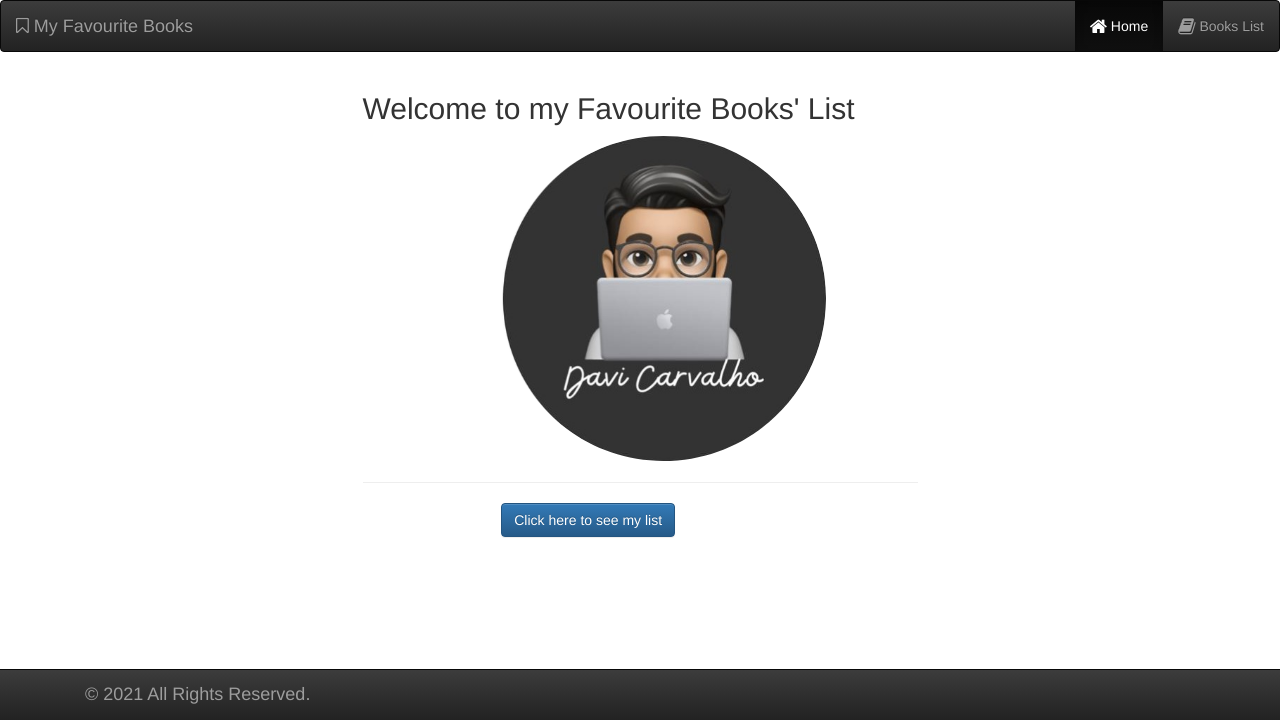
Repository: daviccarvalho/COMP229-M2021-Midterm-301154671
Page: http://localhost/
The author's editor kept a copy of each file at every save. The page is drawn from the files as they stood at one save, then again after the next save.
The browser window is 1280 px wide. The pictures show the whole page.
The page is served by the project's Node server (server.js). Other server files are loaded and not shown.

Above is the page before, as saved 2021-06-22 19:07:41.

### server/views/content/index.ejs
<!--
Web App Name: Favourite Book List
Student Name: Davi Cavalcante de Carvalho
Student id# 301154671
June 22, 2021
-->
<%- include('../partials/header.ejs'); %>

    <!-- MAIN CONTENT -->
    <div class="container">
      <div class="row">
        <div class="col-md-offset-3 col-md-6">
          <h2>Welcome to my Favourite Books' List</h2>
        <img src="../../Assets/images/logo.svg" class="col-md-offset-3 pe-4 d-block img-fluid align-top">
      <hr class="my-4">
        <a class="btn btn-primary col-md-offset-3" href="/books" role="button">Click here to see my list</a>
      </div>
    </div>

<%- include('../partials/footer.ejs'); %>

### server/views/partials/header.ejs
<!--
Web App Name: Favourite Book List
Student Name: Davi Cavalcante de Carvalho
Student id# 301154671
June 22, 2021
-->
<!DOCTYPE html>
<html lang="en">
  <head>
    <meta charset="utf-8">
    <meta name="viewport" content="width=device-width, initial-scale=1">
    <title><%= title %></title>
    <!-- CSS SECTION -->
    <link rel="stylesheet" href="/Scripts/lib/bootstrap/dist/css/bootstrap.min.css">
    <link rel="stylesheet" href="/Scripts/lib/bootstrap/dist/css/bootstrap-theme.min.css">
    <link rel="stylesheet" href="/Scripts/lib/font-awesome/css/font-awesome.min.css">
    <link rel="stylesheet" href="/@fortawesome/fontawesome-free/css/all.min.css">
    <link rel='stylesheet' href='/Content/app.css' />
  </head>
  <body>

  <nav class="navbar navbar-inverse" role="navigation">
    <!-- Brand and toggle get grouped for better mobile display -->
    <div class="navbar-header">
      <button type="button" class="navbar-toggle" data-toggle="collapse" data-target=".navbar-ex1-collapse">
        <span class="sr-only">Toggle navigation</span>
        <span class="icon-bar"></span>
        <span class="icon-bar"></span>
        <span class="icon-bar"></span>
      </button>
      <a class="navbar-brand" href="/"><i class="fa fa-bookmark-o"></i> My Favourite Books</a>
    </div>

    <!-- Collect the nav links, forms, and other content for toggling -->
    <div class="collapse navbar-collapse navbar-ex1-collapse">
      <ul class="nav navbar-nav navbar-right">
        <% if(title == "Home") { %>
          <li class="active"><a href="/"><i class="fa fa-home fa-lg"></i> Home</a></li>
        <% } else { %>
          <li><a href="/"><i class="fa fa-home fa-lg"></i> Home</a></li>
        <% } %>

          <% if(title == "books") { %>
          <li class="active"><a href="/books"><i class="fa fa-book fa-lg">
          </i> Books List</a></li>
          <% } else { %>
            <li><a href="/books"><i class="fa fa-book fa-lg">
            </i> Books List</a></li>
          <% } %>

      </ul>
    </div><!-- /.navbar-collapse -->
  </nav>

### server/views/partials/footer.ejs
<!--
Web App Name: Favourite Book List
Student Name: Davi Cavalcante de Carvalho
Student id# 301154671
June 22, 2021
-->
<nav class="navbar navbar-inverse navbar-fixed-bottom">
  <div class="container">
    <h4  class="navbar-text">&copy; 2021 All Rights Reserved.</h4>
  </div>
</nav>



<!-- JAVASCRIPT SECTION -->
    <script src="/Scripts/lib/jquery/dist/jquery.min.js"></script>
    <script src="/Scripts/lib/bootstrap/dist/js/bootstrap.min.js"></script>
    <script src="/Scripts/app.js"></script>
  </body>
</html>

### server.js
/*
Web App Name: Favourite Book List
Student Name: Davi Cavalcante de Carvalho
Student id# 301154671
June 22, 2021*/

let app = require('./server/config/app');
let debug = require('debug')('comp308-w2019-midterm:server');
let http = require('http');

/**
 * Get port from environment and store in Express.
 */

let port = normalizePort(process.env.PORT || '3000');
app.set('port', port);

/**
 * Create HTTP server.
 */

let server = http.createServer(app);

/**
 * Listen on provided port, on all network interfaces.
 */

server.listen(port);
server.on('error', onError);
server.on('listening', onListening);

/**
 * Normalize a port into a number, string, or false.
 */

function normalizePort(val) {
  let port = parseInt(val, 10);

  if (isNaN(port)) {
    // named pipe
    return val;
  }

  if (port >= 0) {
    // port number
    return port;
  }

  return false;
}

/**
 * Event listener for HTTP server "error" event.
 */

function onError(error) {
  if (error.syscall !== 'listen') {
    throw error;
  }

  let bind = typeof port === 'string'
    ? 'Pipe ' + port
    : 'Port ' + port;

  // handle specific listen errors with friendly messages
  switch (error.code) {
    case 'EACCES':
      console.error(bind + ' requires elevated privileges');
      process.exit(1);
      break;
    case 'EADDRINUSE':
      console.error(bind + ' is already in use');
      process.exit(1);
      break;
    default:
      throw error;
  }
}

/**
 * Event listener for HTTP server "listening" event.
 */

function onListening() {
  let addr = server.address();
  let bind = typeof addr === 'string'
    ? 'pipe ' + addr
    : 'port ' + addr.port;
  debug('Listening on ' + bind);
}

### server/routes/index.js
/*
Web App Name: Favourite Book List
Student Name: Davi Cavalcante de Carvalho
Student id# 301154671
June 22, 2021
*/
// modules required for routing
let express = require('express');
let router = express.Router();
let mongoose = require('mongoose');

// define the book model
let book = require('../models/books');

/* GET home page. wildcard */
router.get('/', (req, res, next) => {
  res.render('content/index', {
    title: 'Home',
    books: ''
   });
});

module.exports = router;

### client/Assets/images/logo.svg
<svg width="326" height="327" xmlns="http://www.w3.org/2000/svg" xmlns:xlink="http://www.w3.org/1999/xlink" overflow="hidden"><defs><clipPath id="clip0"><rect x="70" y="63" width="326" height="327"/></clipPath><image width="462" height="455" xlink:href="data:[embedded picture, 33003 characters]" preserveAspectRatio="none" id="img1"></image><clipPath id="clip2"><path d="M70 226.5C70 136.754 142.754 64 232.5 64 322.246 64 395 136.754 395 226.5 395 316.246 322.246 389 232.5 389 142.754 389 70 316.246 70 226.5Z" fill-rule="evenodd" clip-rule="evenodd"/></clipPath></defs><g clip-path="url(#clip0)" transform="translate(-70 -63)"><g clip-path="url(#clip2)"><use width="100%" height="100%" xlink:href="#img1" transform="matrix(0.703463 0 0 0.714286 70 64)"></use></g></g></svg>

### client/Scripts/app.js
/* custom JS goes here */

/* pagination code from http://www.bootply.com/lxa0FF9yhw */
$.fn.pageMe = function(opts){
    var $this = this,
        defaults = {
            perPage: 7,
            showPrevNext: false,
            hidePageNumbers: false
        },
        settings = $.extend(defaults, opts);

    var listElement = $this;
    var perPage = settings.perPage;
    var children = listElement.children();
    var pager = $('.pager');

    if (typeof settings.childSelector!="undefined") {
        children = listElement.find(settings.childSelector);
    }

    if (typeof settings.pagerSelector!="undefined") {
        pager = $(settings.pagerSelector);
    }

    var numItems = children.size();
    var numPages = Math.ceil(numItems/perPage);

    pager.data("curr",0);

    if (settings.showPrevNext){
        $('<li><a href="#" class="prev_link">«</a></li>').appendTo(pager);
    }

    var curr = 0;
    while(numPages > curr && (settings.hidePageNumbers==false)){
        $('<li><a href="#" class="page_link">'+(curr+1)+'</a></li>').appendTo(pager);
        curr++;
    }

    if (settings.showPrevNext){
        $('<li><a href="#" class="next_link">»</a></li>').appendTo(pager);
    }

    pager.find('.page_link:first').addClass('active');
    pager.find('.prev_link').hide();
    if (numPages<=1) {
        pager.find('.next_link').hide();
    }
  	pager.children().eq(1).addClass("active");

    children.hide();
    children.slice(0, perPage).show();

    pager.find('li .page_link').click(function(){
        var clickedPage = $(this).html().valueOf()-1;
        goTo(clickedPage,perPage);
        return false;
    });
    pager.find('li .prev_link').click(function(){
        previous();
        return false;
    });
    pager.find('li .next_link').click(function(){
        next();
        return false;
    });

    function previous(){
        var goToPage = parseInt(pager.data("curr")) - 1;
        goTo(goToPage);
    }

    function next(){
        goToPage = parseInt(pager.data("curr")) + 1;
        goTo(goToPage);
    }

    function goTo(page){
        var startAt = page * perPage,
            endOn = startAt + perPage;

        children.css('display','none').slice(startAt, endOn).show();

        if (page>=1) {
            pager.find('.prev_link').show();
        }
        else {
            pager.find('.prev_link').hide();
        }

        if (page<(numPages-1)) {
            pager.find('.next_link').show();
        }
        else {
            pager.find('.next_link').hide();
        }

        pager.data("curr",page);
      	pager.children().removeClass("active");
        pager.children().eq(page+1).addClass("active");

    }
};

// IIFE
(function(){
  $(".btn-danger").click(function(event){
    if(!confirm("Are you sure?")) {
      event.preventDefault();
      window.location.assign("/books");
    }
  });

 /* pagination code */
  $('#myTable').pageMe(
    {pagerSelector:'#myPager',showPrevNext:true,hidePageNumbers:false,perPage:6}
    );
})();

Loaded but not shown: client/Scripts/lib/bootstrap/dist/css/bootstrap.min.css (library); client/Scripts/lib/bootstrap/dist/css/bootstrap-theme.min.css (library); client/Scripts/lib/font-awesome/css/font-awesome.min.css (library); client/Content/app.css (common file); client/Scripts/lib/jquery/dist/jquery.min.js (library); client/Scripts/lib/bootstrap/dist/js/bootstrap.min.js (library)

After the next save:
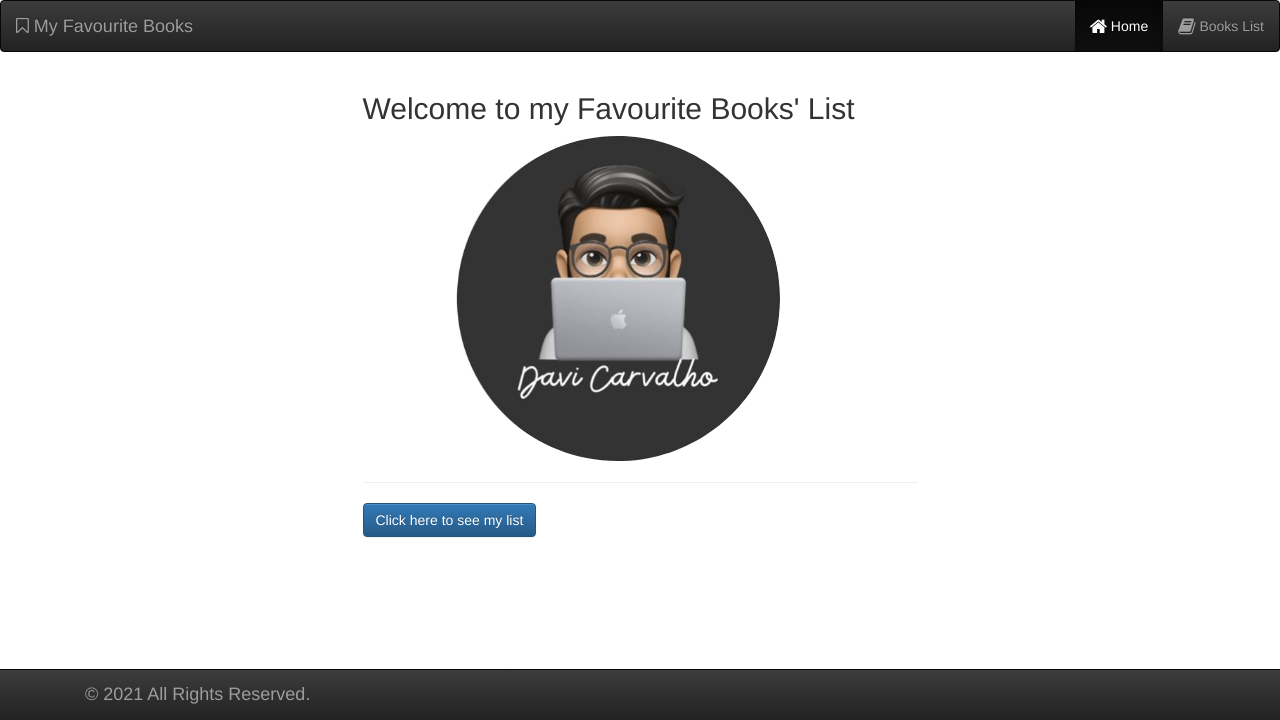
Saved 25 s later.
--- a/server/views/content/index.ejs
+++ b/server/views/content/index.ejs
@@ -11,9 +11,9 @@ June 22, 2021
       <div class="row">
         <div class="col-md-offset-3 col-md-6">
           <h2>Welcome to my Favourite Books' List</h2>
-        <img src="../../Assets/images/logo.svg" class="col-md-offset-3 pe-4 d-block img-fluid align-top">
+        <img src="../../Assets/images/logo.svg" class="col-md-offset-2 pe-4 d-block img-fluid align-top">
       <hr class="my-4">
-        <a class="btn btn-primary col-md-offset-3" href="/books" role="button">Click here to see my list</a>
+        <a class="btn btn-primary" href="/books" role="button">Click here to see my list</a>
       </div>
     </div>
 
